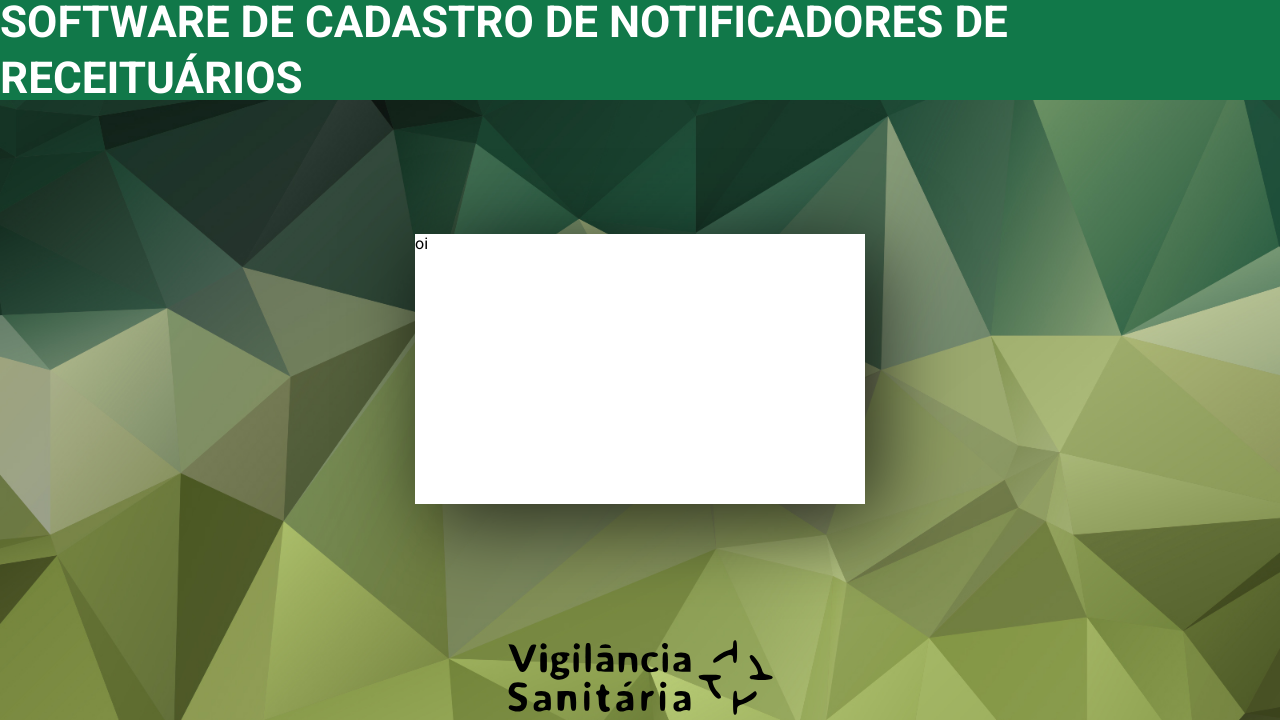
Repository: milena-rosa/web-prescription-notifier
Page: /
These files come from the project's save history. The page is drawn as it stood at one moment and after the next save; the edit follows.
The browser window is 1280 px wide. The pictures show the whole page.
The project was rebuilt for these pictures with package versions that can differ from the ones it lists, and the page was loaded fresh each time. Also part of the build but not shown: src/pages/Home/styles.ts, src/pages/Home/index.tsx.

Above is the page before, as saved 2021-11-06 22:32:10.

### public/index.html
<!DOCTYPE html>
<html lang="en">

<head>
  <meta charset="utf-8" />
  <link rel="preconnect" href="https://fonts.googleapis.com">
  <link rel="preconnect" href="https://fonts.gstatic.com" crossorigin>
  <link href="https://fonts.googleapis.com/css2?family=Roboto:wght@400;700&display=swap" rel="stylesheet">
  <!-- <link rel="icon" href="%PUBLIC_URL%/favicon.ico" /> -->
  <meta name="viewport" content="width=device-width, initial-scale=1" />
  <meta name="theme-color" content="#000000" />
  <title>Cadastro de Notificadores de Receituários</title>
</head>

<body>
  <noscript>You need to enable JavaScript to run this app.</noscript>
  <div id="root"></div>
</body>

</html>

### src/index.tsx
import React from 'react'
import ReactDOM from 'react-dom'

import { App } from './App'

ReactDOM.render(
  <React.StrictMode>
    <App />
  </React.StrictMode>,
  document.getElementById('root')
)

### src/App.tsx
import React from 'react'
import { BrowserRouter as Router } from 'react-router-dom'

import { GlobalStyle } from './styles/global'

import { Routes } from './routes'

export function App() {
  return (
    <Router>
      <Routes />
      <GlobalStyle />
    </Router>
  )
}

### src/styles/global.ts
import { createGlobalStyle } from 'styled-components'

export const GlobalStyle = createGlobalStyle`
  :root {
    --black: #000000;
    --gray: #b5b5b5;
    --white: #ffffff;

    --green-primary: #117849;
    --green-primary-70: rgba(17, 120, 73, 0.7);
    --green-primary-30: rgba(17, 120, 73, 0.3);
    --green-primary-5: rgba(17, 120, 73, 0.05);

    --light-green: #dbebe4;
    --brownish-green: #51665c;

    --red: #ff0000;
    --yellow: #f6ff8f;
  }

  * {
    box-sizing: border-box;
    margin: 0;
    padding: 0;
  }

  html {
    @media (max-width: 1080px) {
      font-size: 93.75%; // 15px
    }

    @media (max-width: 720px) {
      font-size: 87.5%; // 14px
    }
  }

  body {
    background: var(--white);
    color: var(--black);
    -webkit-font-smoothing: antialiased;
  }

  body, input, textarea, button, select {
    font-family: 'Roboto', sans-serif;
    font-weight: 400;
  }

  button {
    border: none;
    cursor: pointer;
  }

  .react-modal-overlay {
    align-items: center;
    background: rgba(0, 0, 0, 0.5);
    bottom: 0;
    display: flex;
    justify-content: center;
    left: 0;
    position: fixed;
    right: 0;
    top: 0;
    z-index: 11;
  }

  .react-modal-content {
    background: var(--white);
    border-radius: 0.25rem;
    min-height: 2.4rem;
    max-width: 41rem;
    position: relative;
    z-index: 12;
  }

  .react-modal-close {
    background: transparent;
    border: 0;
    position: absolute;
    right: 1rem;
    top: 1rem;
    transition: filter 0.2s;

    &:hover {
      filter: brightness(0.8);
    }
  }
`

### src/routes/index.tsx
import React from 'react'
import { Switch } from 'react-router-dom'

import { Home } from '../pages/Home'
import { SignIn } from '../pages/SignIn'
import { Route } from './Route'

// import { useAuth } from '../hooks/useAuth'

export function Routes() {
  // const { loading } = useAuth()

  // if (loading) {
  //   return <h1>Abrindo...</h1>
  // }

  return (
    <Switch>
      <Route path="/" exact component={SignIn} />
      <Route path="/home" exact component={Home} isPrivate />
    </Switch>
  )
}

### src/pages/SignIn/index.tsx
import React from 'react'

import { Container } from './styles'

import logo from '../../assets/logo.svg'

export const SignIn: React.FC = () => {
  return (
    <Container>
      <header>Software de Cadastro de Notificadores de Receituários</header>
      <div>oi</div>
      <footer>
        <img src={logo} alt="Vigilância Sanitária" />
      </footer>
    </Container>
  )
}

### src/routes/Route.tsx
import React, { ComponentType } from 'react'
import { RouteProps as ReactDOMRouteProps, Route as ReactDOMRoute, Redirect } from 'react-router-dom'

interface IRouteProps extends ReactDOMRouteProps {
  isPrivate?: boolean
  component: ComponentType
}

export function Route({ isPrivate = false, component: Component, ...rest }: IRouteProps) {
  const isSigned = false

  return (
    <ReactDOMRoute
      {...rest}
      render={({ location }) =>
        (isPrivate && isSigned) || (!isPrivate && !isSigned) ? (
          <Component />
        ) : (
          <Redirect
            to={{
              pathname: isPrivate ? '/' : '/home',
              state: { from: location }
            }}
          />
        )
      }
    />
  )
}

### src/pages/SignIn/styles.ts
import styled from 'styled-components'
import backgroundImg from '../../assets/background.png'

export const Container = styled.div`
  align-items: center;
  background: url(${backgroundImg}) no-repeat center center fixed;
  background-size: cover;
  bottom: 0;
  display: flex;
  flex-direction: column;
  justify-content: space-between;
  left: 0;
  position: fixed;
  right: 0;
  top: 0;
  z-index: 11;

  header {
    align-items: center;
    background: var(--green-primary);
    color: var(--white);
    display: flex;
    font-weight: bold;
    font-size: 2.75rem;
    height: 6.25rem;
    justify-content: center;
    line-height: 3.5rem;
    text-transform: uppercase;
    width: 100%;
  }

  > div {
    background-color: var(--white);
    filter: drop-shadow(15px 15px 42px rgba(0, 0, 0, 0.7));
    height: 16.875rem;
    width: 28.125rem;
  }
`

After the next save:
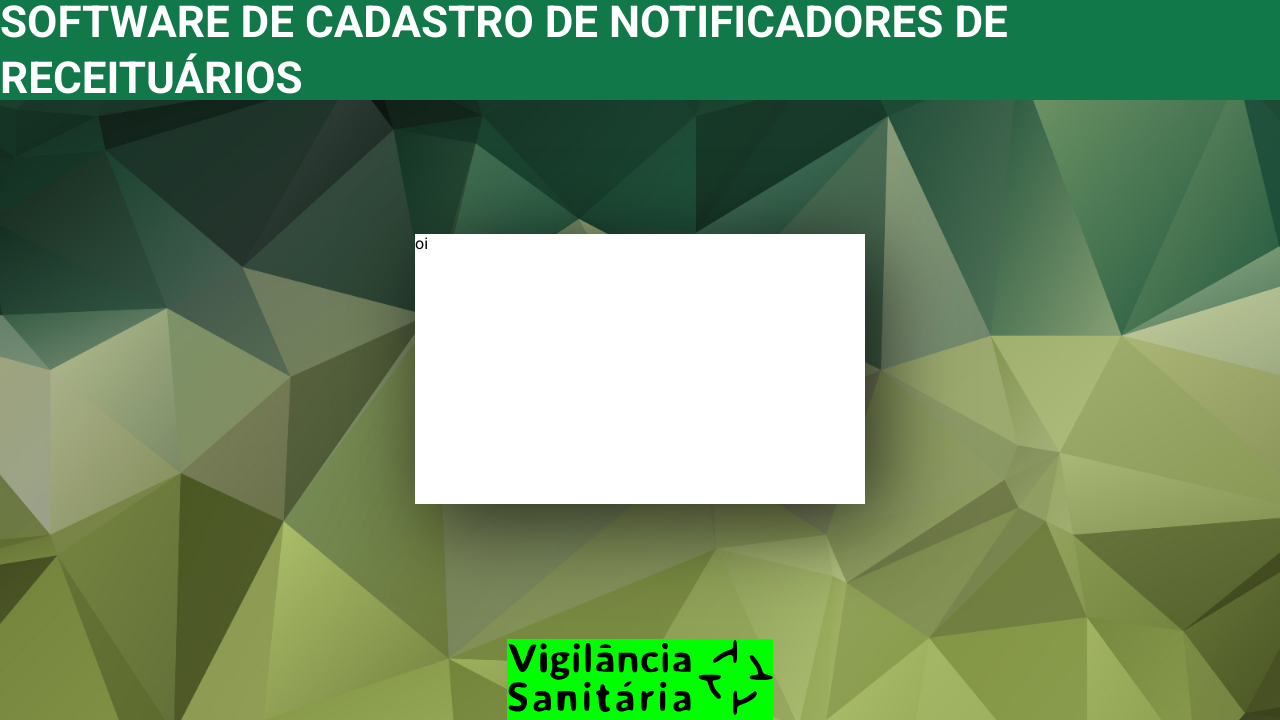
Saved 12 s later.
--- a/src/pages/SignIn/styles.ts
+++ b/src/pages/SignIn/styles.ts
@@ -35,4 +35,8 @@
     height: 16.875rem;
     width: 28.125rem;
   }
+
+  footer {
+    background: lime;
+  }
 `
